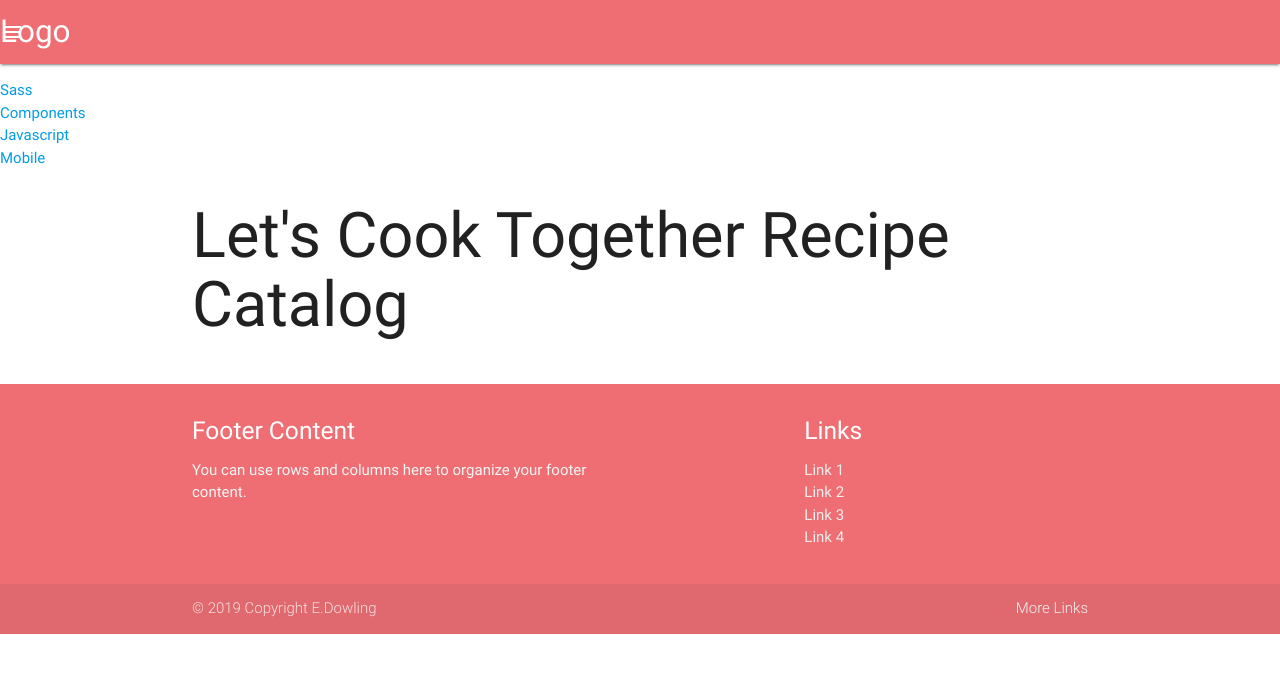
Repository: eldowling/lets-cook-together
Page: http://localhost/get_catalog?course=breakfast
The author's editor kept a record of every edit. The page is drawn from the files as they stood at one moment, then again after the next edit.
The browser window is 1280 px wide. The pictures show the whole page.
Some web libraries are served in a nearby version. The page is served by the project's application, run on Flask 3 (app.py).

Above is the page before.
Console error: TypeError: $(...).sidenav is not a function

After the next edit:
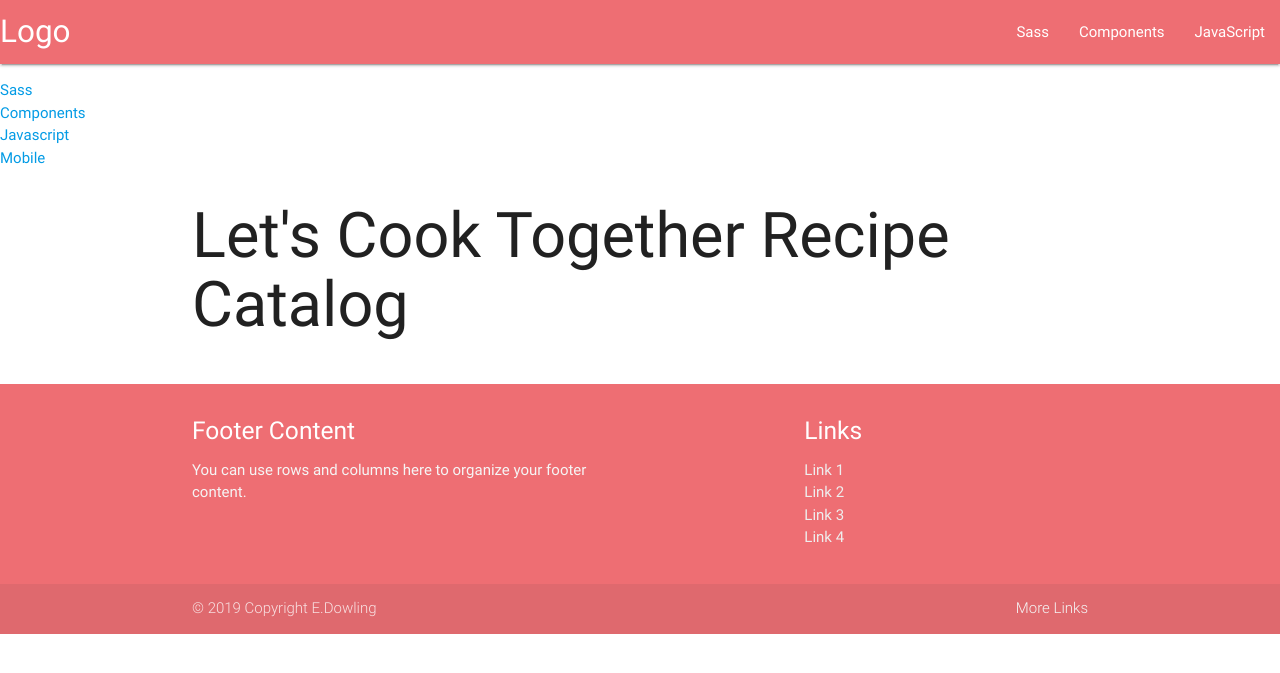
The edit:
--- a/templates/base.html
+++ b/templates/base.html
@@ -11,13 +11,11 @@
     <header>
         <nav>
             <div class="nav-wrapper">
-                <a href="#!" class="brand-logo">Logo</a>
-                <a href="#" data-target="mobile-demo" class="sidenav-trigger"><i class="material-icons">menu</i></a>
-                <ul class="right hide-on-med-and-down">
+                <a href="#" class="brand-logo">Logo</a>
+                <ul id="nav-mobile" class="right hide-on-med-and-down">
                     <li><a href="sass.html">Sass</a></li>
                     <li><a href="badges.html">Components</a></li>
-                    <li><a href="collapsible.html">Javascript</a></li>
-                    <li><a href="mobile.html">Mobile</a></li>
+                    <li><a href="collapsible.html">JavaScript</a></li>
                 </ul>
             </div>
         </nav>
